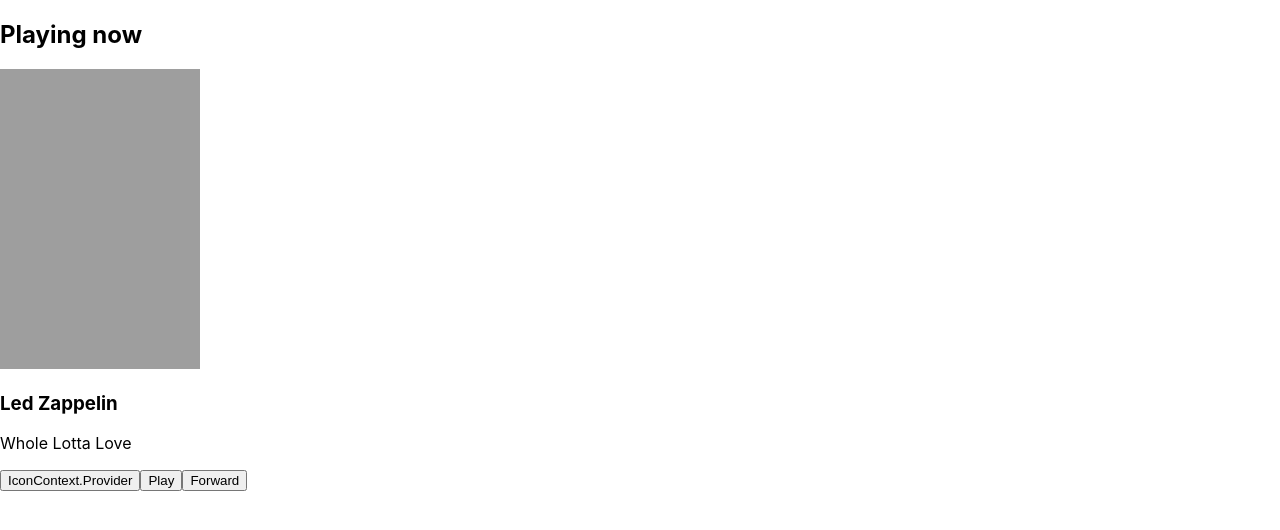
Repository: Sxcram02/playlist
Page: /
These files come from the project's save history. The page is drawn as it stood at one moment and after a run of saves; the edit follows.
The browser window is 1280 px wide. The pictures show the whole page.
Pictures or frames that could not be fetched are drawn as grey boxes. The project was rebuilt for these pictures with package versions that can differ from the ones it lists, and the page was loaded fresh each time. Also part of the build but not shown: src/App.css.

Above is the page before, as saved 2023-02-22 17:11:09.

### src/index.js
import React from 'react';
import ReactDOM from 'react-dom/client';
import './index.css';
import App from './App';

const root = ReactDOM.createRoot(document.getElementById('root'));
root.render(
  <React.StrictMode>
    <App />
  </React.StrictMode>
);
// If you want to start measuring performance in your app, pass a function
// to log results (for example: reportWebVitals(console.log))
// or send to an analytics endpoint. Learn more: https://bit.ly/CRA-vitals

### src/App.js
import './App.css'
import { AiFillPlayCircle, AiFillPauseCircle } from 'react-icons/ai'
import { BiSkipNext, BiSkipPrevious } from 'react-icons/ai'
import { IconContext } from 'react-icons'



function App() {
  return (
    <div className="component">
      <h2>Playing now</h2>
      <img src="https://picsum.photos/200/300" alt="Imagen..." className="musicCover" />
      <div>
        <h3 className="title">Led Zappelin</h3>
        <p className="subTitle">Whole Lotta Love</p>
      </div>
      <div>
        <button className="playButton">
          IconContext.Provider
        </button>
        <button className="playButton">Play</button>
        <button className="playButton">Forward</button>
      </div>
    </div>
  );
}

export default App;

Loaded but not shown: public/index.html (common file); src/index.css (common file)

After the next 3 saves:
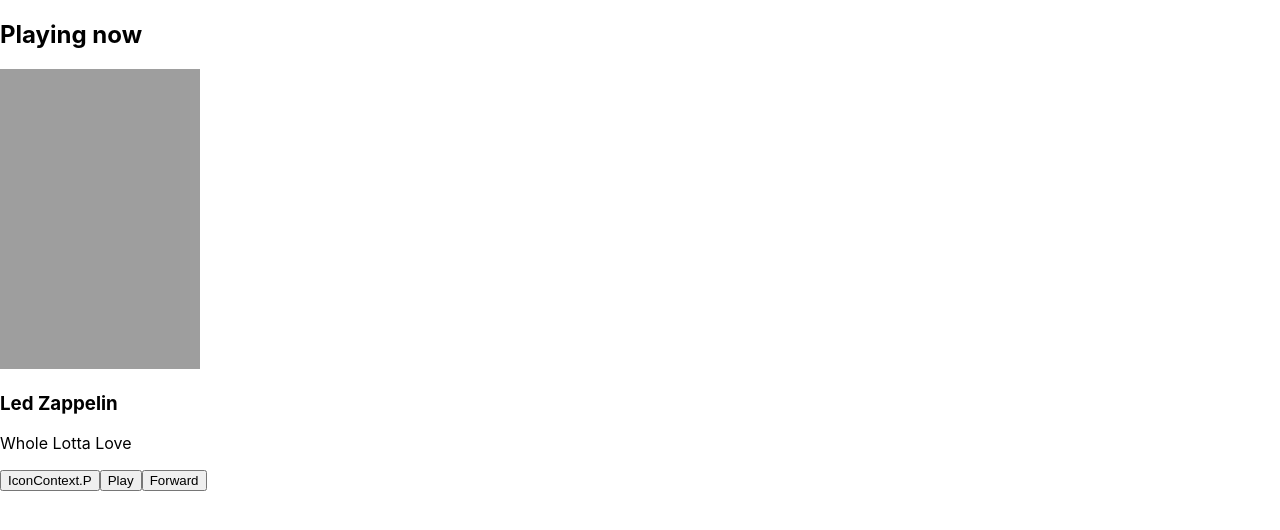
The 3 saves are shown as one change because they came seconds apart.
The last was saved 12 s later.
--- a/src/App.js
+++ b/src/App.js
@@ -16,7 +16,7 @@
       </div>
       <div>
         <button className="playButton">
-          IconContext.Provider
+          IconContext.P
         </button>
         <button className="playButton">Play</button>
         <button className="playButton">Forward</button>

After the save that followed:
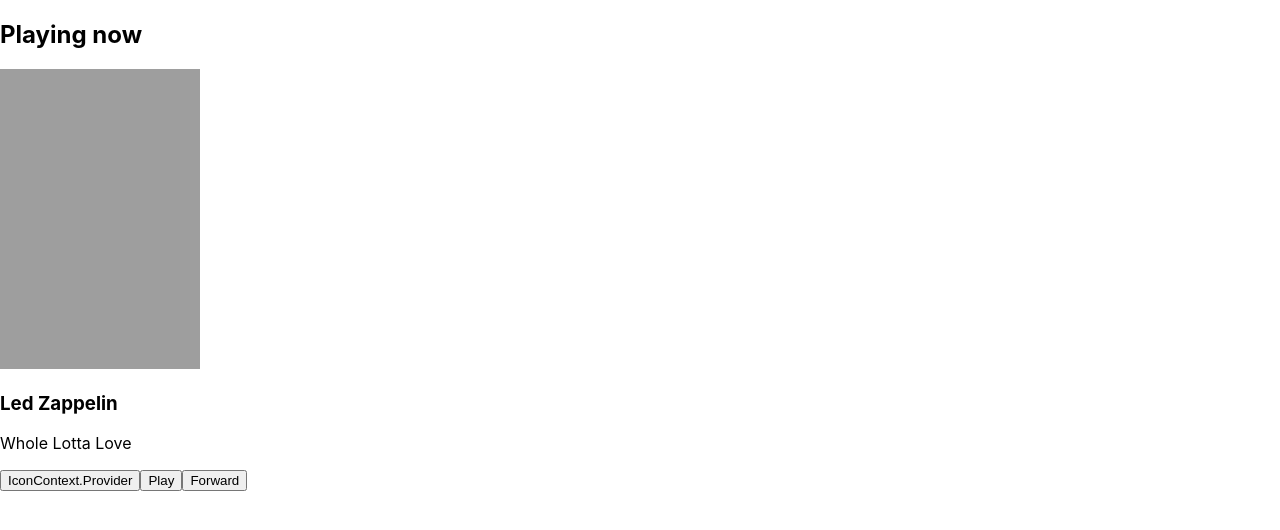
Saved 4 s later.
--- a/src/App.js
+++ b/src/App.js
@@ -16,7 +16,7 @@
       </div>
       <div>
         <button className="playButton">
-          IconContext.P
+          IconContext.Provider
         </button>
         <button className="playButton">Play</button>
         <button className="playButton">Forward</button>
